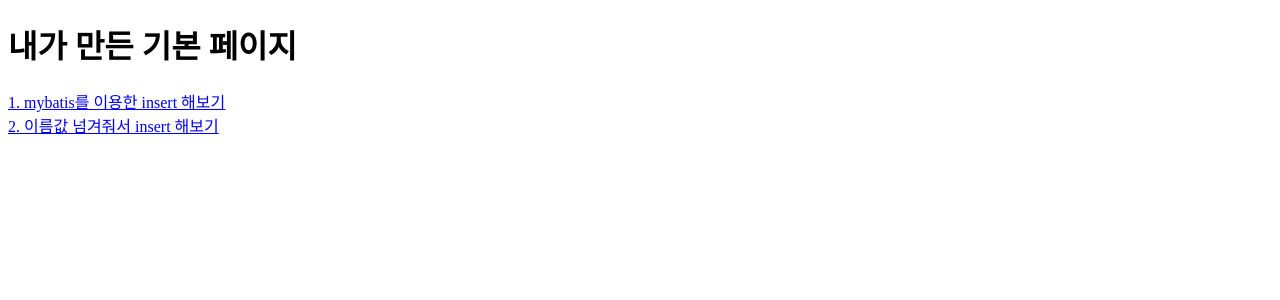
Repository: coconut510/mybatis
Page: mybatis_01/WebContent/index.html
An editor plug-in stored every save of this project. The page is shown before and after a run of saves, followed by the edit.
The browser window is 1280 px wide. The pictures show the whole page.

Above is the page before, as saved 2018-06-26 07:36:08.

After the next 2 saves:
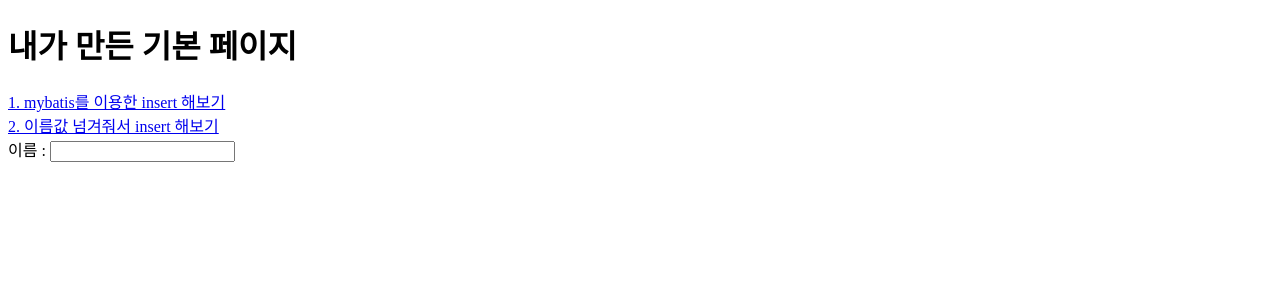
The 2 saves are shown as one change because they came seconds apart.
The last was saved 14 s later.
--- a/mybatis_01/WebContent/index.html
+++ b/mybatis_01/WebContent/index.html
@@ -8,6 +8,8 @@
 	<h1>내가 만든 기본 페이지</h1>
 	<a href="/mybatisTest1">1. mybatis를 이용한 insert 해보기</a><br>
 	<a href="/mybatisTest2">2. 이름값 넘겨줘서 insert 해보기</a><br>
-	<form></form>
+	<form>
+		이름 : <input type="text" name="studentName"/>
+	</form>
 </body>
 </html>
